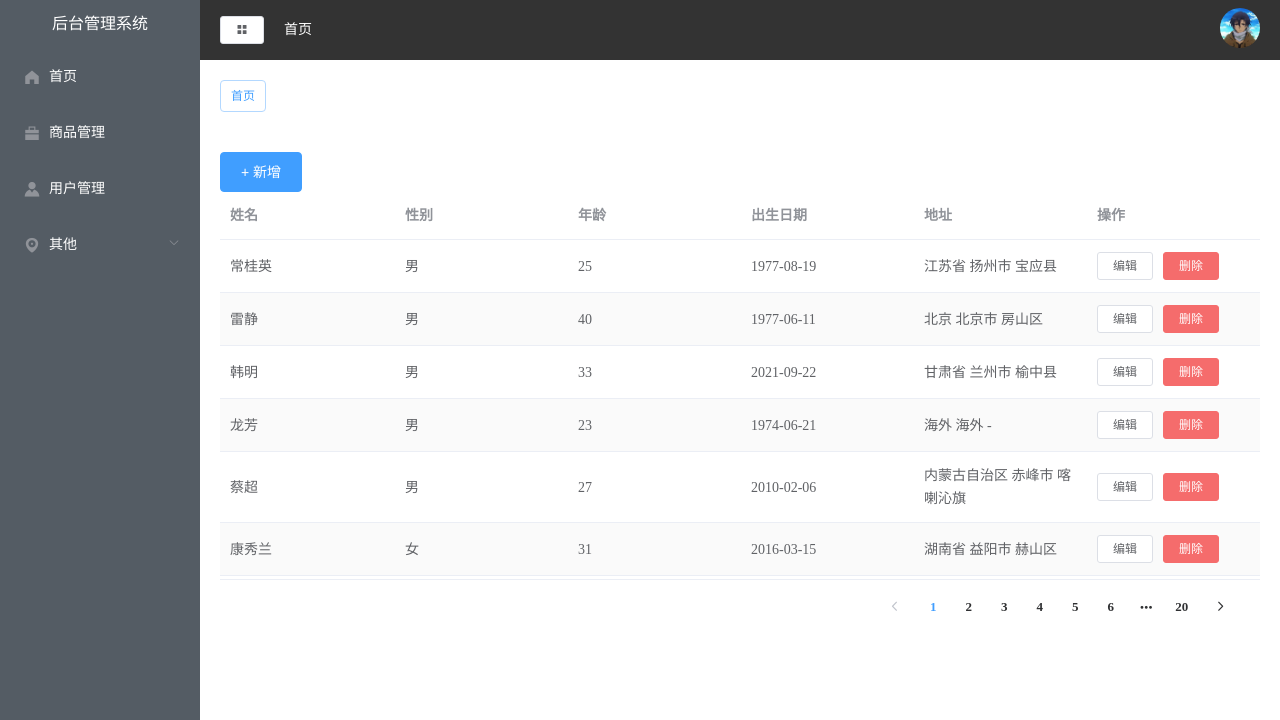
Repository: ldqml/ldqml.github.io
Page: /#/user
An editor plug-in stored every save of this project. The page is shown before and after the next save, followed by the edit.
The browser window is 1280 px wide. The pictures show the whole page.
The project was rebuilt for these pictures with package versions that can differ from the ones it lists, and the page was loaded fresh each time. Also part of the build but not shown: vue.config.js, src/views/Home.vue, src/views/Mall.vue, src/views/PageOne.vue, src/views/PageTwo.vue.

Above is the page before, as saved 2022-11-11 17:27:24.

After the next save:
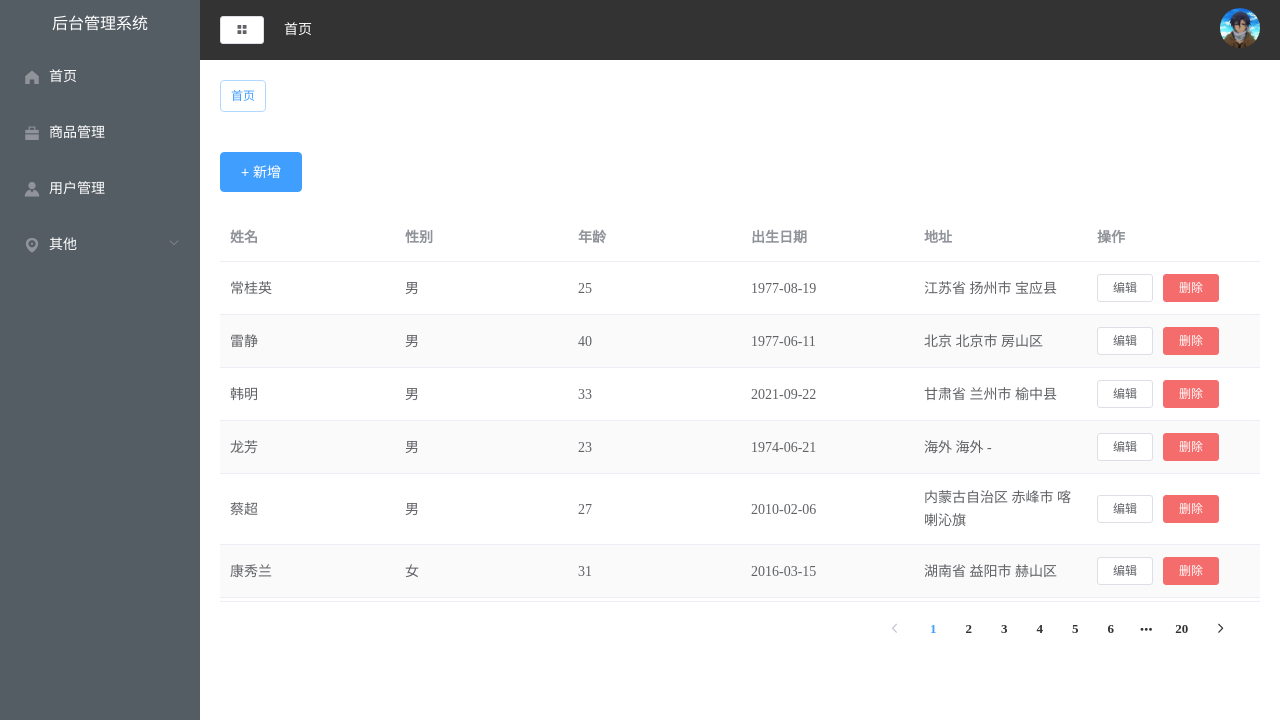
Saved 70 s later.
--- a/src/views/User.vue
+++ b/src/views/User.vue
@@ -47,7 +47,7 @@
     <div class="manage-header">
       <el-button @click="newMessage()" type="primary"> + 新增 </el-button>
       <el-form :model="userForm">
-
+        <el-form-item></el-form-item>
       </el-form>
     </div>
     <div class="common-tabel">
